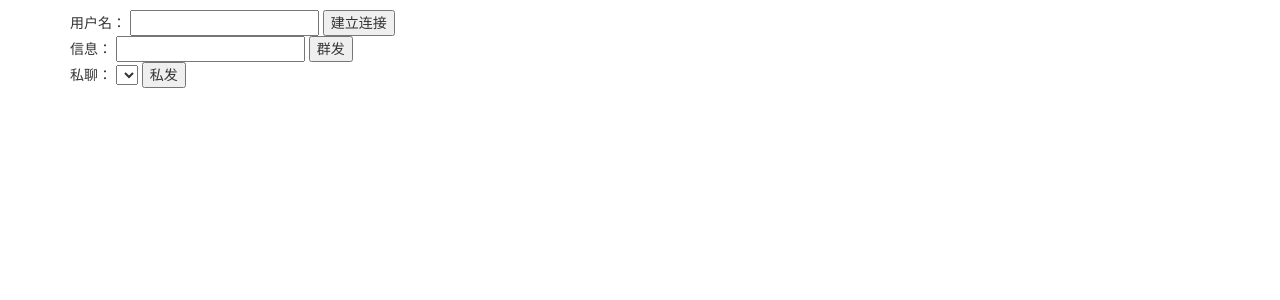
Repository: eheihaha2/whoisthespy-
Page: webDemo/WebContent/room.html
The author's editor kept a copy of each file at every save. The page is drawn from the files as they stood at one save, then again after the next save.
The browser window is 1280 px wide. The pictures show the whole page.

Above is the page before, as saved 2020-02-26 01:34:31.

### webDemo/WebContent/room.html
<!DOCTYPE html>
<html>
<head>
	<script type="text/javascript" src="js/jquery-1.11.0.min.js"></script>
<script type="text/javascript" src="js/bootstrap.js"></script>
<link rel="stylesheet" href="css/bootstrap.css">
	<title></title>
</head>
<body>
	<div class="container">
      <h4 class="userinfo"></h4>
	<span>用户名：</span>
      <input type="text" name="username"/>
      <button id="connBtn">建立连接</button><br />
	<span>信息：</span>
      <input type="text" name="info"/>
      <button id="subBtnAll">群发</button><br />
	<span>私聊：</span>
      <select id="userList">
	</select>
	<button id="subBtn">私发</button>

	<div class="info">
		<span class="name"></span>
		<span class="msg"></span>
	</div>
	</div>
</body>
<script type="text/javascript">
	var ws=null;
	var username=null;
	var url="ws://localhost:8080/webDemo/chatRoom/";
		// 后续的消息添加都是用其做二次克隆
      	var info = $(".info").clone();
		//点击建立连接的按钮
      	$("#connBtn").on("click",function(){
      		if("WebSocket" in window){
      			username = $("input[name='username']").val();
      			ws = new WebSocket(url+username);
      			//有了webSocket连接对象之后，我就开始监听消息
      			//服务器端的所有消息都会来到这
      			ws.onmessage = function(evt){
      				var received_msg = evt.data;
      				var jsonReceive_msg = JSON.parse(received_msg);
      				var head = jsonReceive_msg.head;//获得服务器数据，解析数据获得数据类型
      				var data =jsonReceive_msg.data;//真正的data所在
      				switch (head) {
      					case "sendAll":
      					sendAll(data);
      						break;
      					case "sendTo":
      					sendTo(data);
      						break;
      					case "onLine":
      					onLine(data);
      						break;
      					case "userList":
      					userList(data);
      						break;
      					default:
      						break;
      				}
      			}
      		}else{
      			alert("您的浏览器不支持 WebSocket!");
      		}
      	})

      	//细节定义每种功能的数据接口
      	//构建JSON格式发送给服务器：{from:来自谁,msg:消息本身}
      	function sendAll(data){
      		var infoDiv = info.clone();//这个就是我要渲染的dom节点
      		//用于把从服务器端获得的JSON字符串的data解析为原生JS值
      		//var jsonData=JSON.parse(data);
      		infoDiv.find(".name").text("来自于："+data.from+"(群发)");
      		infoDiv.find(".msg").text(data.msg);
      		$(".info").parent().append(infoDiv);
      	}
      	// 构建JSON格式发送给服务器：{from:来自谁,msg:消息本身}
      	function sendTo(data){
      		var infoDiv = info.clone();//这个就是我要渲染的dom节点
      		infoDiv.find(".name").text("来自于："+data.from+"(私发)");
      		infoDiv.find(".msg").text(data.msg);
      		$(".info").parent().append(infoDiv);
      	}
      	// 构建JSON格式发送给服务器：{name:上线人姓名}
      	function onLine(data){
      	//$(".userinfo").empty();
      	console.log(data);
      	$(".userinfo").append("【"+data.name+"上线了】");
      	}
      	// 构建JSON格式发送给服务器：[用户1,用户2]
      	function userList(data){
      		$("#userList").empty();
      		var jsonData=JSON.parse(data);
      		$("#userList").append("<option>请选择</option>");
      		$.each(jsonData,function(index,item){
      			$("#userList").append("<option value="+item+">"+item+"</option>");
      		})
      	}

      	//点击群发按钮
      	$("#subBtnAll").on("click",function(){
      		//var sentName = $("input[name='username']").val();
      		var msg = $("input[name='info']").val();
      		console.log(msg);
      		var jsonMsg={
      			"head":"sendAll",
      			"data":msg
      			//"from":sentName,
      			//"msg":msg
      		}
      		console.log(jsonMsg);
      		//var subAllEnd =JSON.stringify(jsonMsg);
      		ws.send(JSON.stringify(jsonMsg));
      	})
      	//点击私发按钮
      	$("#subBtn").on("click",function(){
      		var msg=$("input[name=info]").val();
      		var toUser=$("#userList").val();
      		console.log(toUser);
      		var jsonMsg={
      			"head":"sendTo",
      			"data":{
      				"to":toUser,
      				"msg":msg
      			}
      		}
      		console.log(jsonMsg);
      		ws.send(JSON.stringify(jsonMsg));
      	})
</script>
</html>

Loaded but not shown: webDemo/WebContent/js/jquery-1.11.0.min.js (library); webDemo/WebContent/js/bootstrap.js (library); webDemo/WebContent/css/bootstrap.css (library)

After the next save:
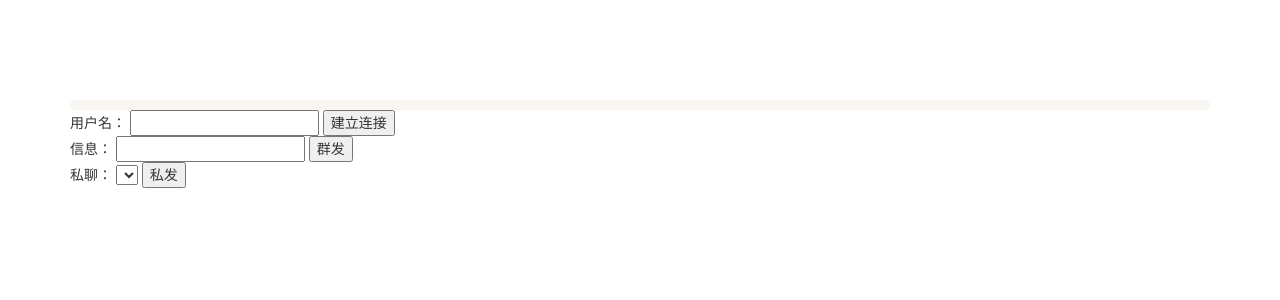
Saved 107 s later.
--- a/webDemo/WebContent/room.html
+++ b/webDemo/WebContent/room.html
@@ -4,11 +4,23 @@
 	<script type="text/javascript" src="js/jquery-1.11.0.min.js"></script>
 <script type="text/javascript" src="js/bootstrap.js"></script>
 <link rel="stylesheet" href="css/bootstrap.css">
+<style type="text/css">
+	.show{
+			margin-right:0;
+			background-color:#f9f6f2;
+			height: auto;
+			margin-top:100px;
+			border-radius: 10px;
+		}
+}
+</style>
 	<title></title>
 </head>
 <body>
 	<div class="container">
+	<div class="col-md-12 	col-sm-12 show">
       <h4 class="userinfo"></h4>
+     </div>
 	<span>用户名：</span>
       <input type="text" name="username"/>
       <button id="connBtn">建立连接</button><br />
